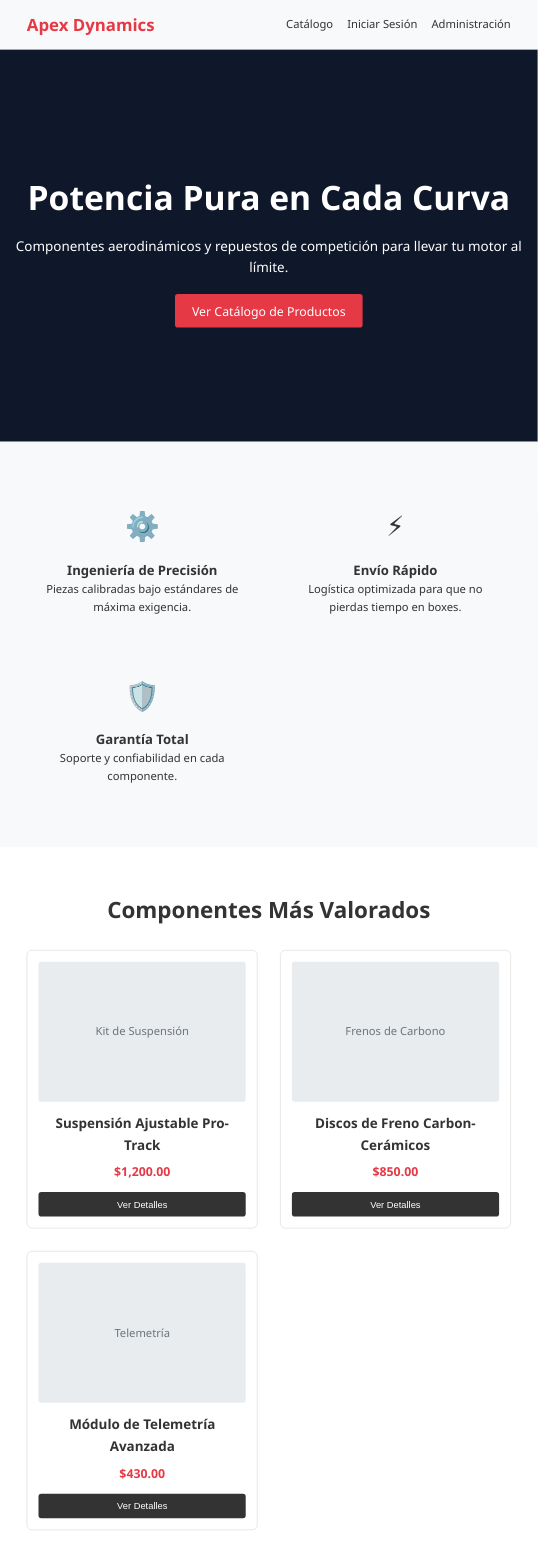
Repository: Niwrad774/Apex-Dynamics-Ecomerce
Page: html/index.html
These files come from the project's save history. The page is drawn as it stood at one moment and after a run of saves; the edit follows.
The browser window is 768 px wide. The pictures show the part of the page from y = 0 to 2240 px (the page is 3114 px tall before and 3121 px after), at 70% of full size.

Above is the page before, as saved 2026-06-11 10:50:26.

After the next 3 saves:
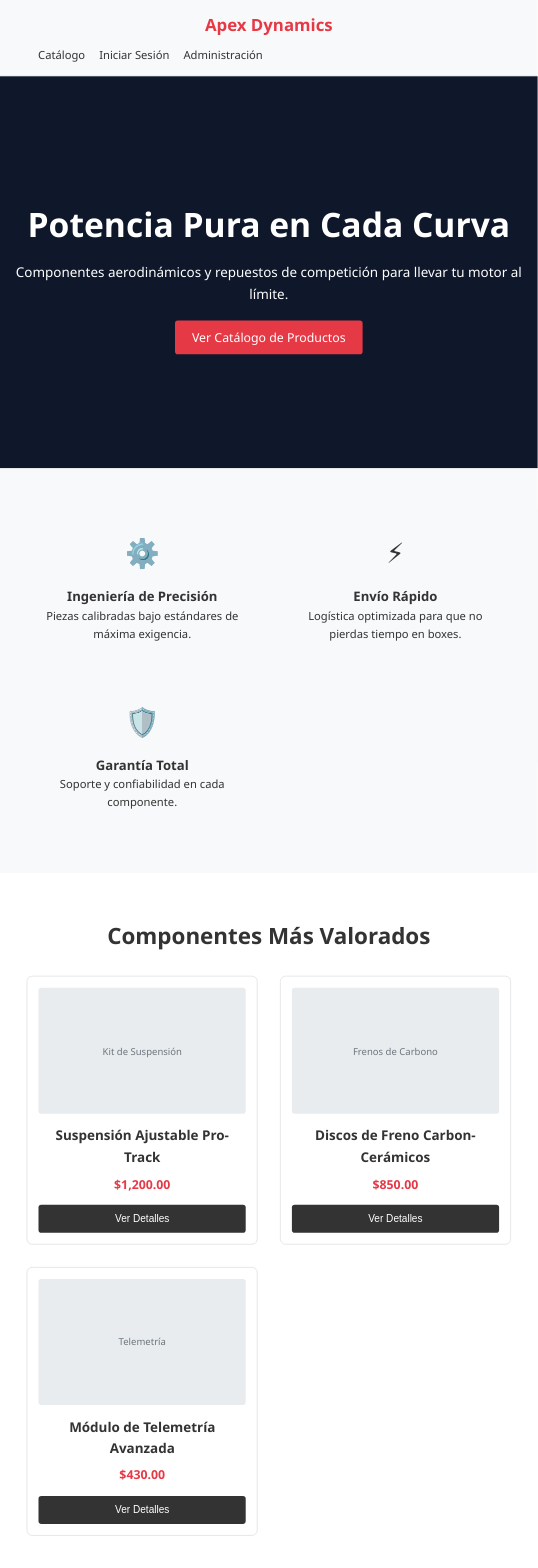
The 3 saves are shown as one change because they came seconds apart.
The last was saved 75 s later.
--- a/assets/css/index.css
+++ b/assets/css/index.css
@@ -255,3 +255,77 @@ section h2 {
     background-color: #dc3545;
     color: white;
 }
+
+/* ==========================================================
+   BLOQUE RESPONSIVE: AJUSTES PARA DISPOSITIVOS MÓVILES
+   ========================================================== */
+@media (max-width: 768px) {
+
+    /* 1. CORRECCIÓN DEL HEADER (NAVBAR) */
+    /* Cambia el contenedor de horizontal a vertical para que respiren los elementos */
+    .header-container,
+    header {
+        flex-direction: column !important;
+        align-items: stretch !important;
+        gap: 0.75rem;
+        padding: 1rem;
+    }
+
+    /* Centra el logo al quedar arriba */
+    .logo, .logo h1 {
+        text-align: center;
+        font-size: 1.4rem;
+    }
+
+    /* Hace que la barra de búsqueda ocupe el 100% del ancho abajo del logo */
+    .search-container,
+    header input[type="text"] {
+        width: 100% !important;
+        max-width: 100% !important;
+        margin: 0;
+    }
+
+    /* 2. OPTIMIZACIÓN DE CONTENEDORES Y MÁRGENES */
+    /* Reduce los espacios acolchados laterales para ganar valiosos píxeles de pantalla */
+    .container,
+    main,
+    .admin-container {
+        padding: 0 0.75rem !important;
+        margin-top: 1rem !important;
+        gap: 1rem !important;
+    }
+
+    /* Si tienes los filtros y el catálogo en un Grid de columnas, haz que se apilen */
+    .main-layout-grid,
+    .grid-crud {
+        grid-template-columns: 1fr !important;
+    }
+
+    /* 3. CORRECCIÓN DE TARJETAS DE PRODUCTO E IMÁGENES */
+    /* Asegura que el contenedor gris de la imagen no rompa el texto ni se deforme */
+    .product-image-placeholder,
+    .card-img-top,
+    div[style*="background-color: #e5e7eb"] { /* Selector alternativo si usas estilos inline de color gris */
+        height: 180px !important; /* Altura controlada para móvil */
+        display: flex;
+        align-items: center;
+        justify-content: center;
+        padding: 1rem;
+        text-align: center;
+        font-size: 0.85rem;
+    }
+
+    .product-image-placeholder p,
+    div[style*="background-color: #e5e7eb"] {
+        white-space: normal !important;
+        word-break: break-word;
+        overflow: visible !important;
+        text-overflow: clip !important;
+    }
+
+    .product-card .btn,
+    .product-card button {
+        padding: 0.75rem !important;
+        font-size: 0.9rem;
+    }
+}
